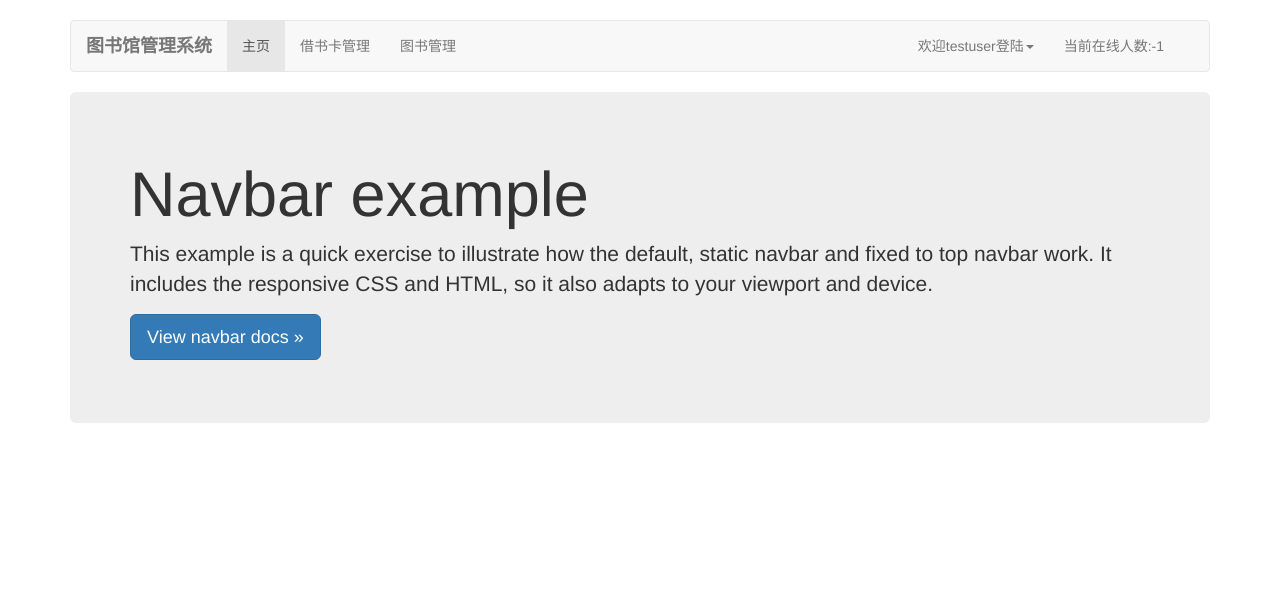
Repository: chaice/code
Page: http://localhost/web5/home
The author's editor kept a copy of each file at every save. The page is drawn from the files as they stood at one save, then again after the next save.
The browser window is 1280 px wide. The pictures show the whole page.
Some web libraries are served in a nearby version. The page is served by Tomcat 9. The session is filled in as if someone had signed in: {"username": "testuser"}.

Above is the page before, as saved 2016-06-04 01:00:15.

After the next save:
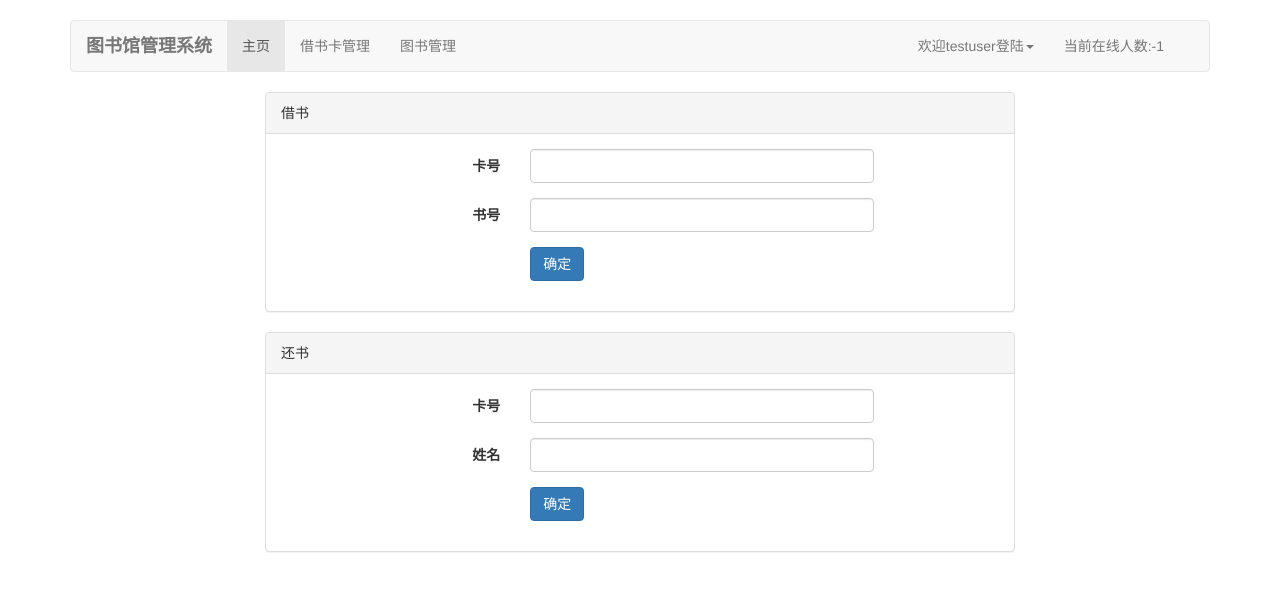
Saved 3 min 46 s later.
--- a/web5/WebContent/WEB-INF/views/home.jsp
+++ b/web5/WebContent/WEB-INF/views/home.jsp
@@ -6,13 +6,80 @@
 <meta charset="UTF-8">
 <title>主页</title>
 <%@ include file="head.jsp"%>
-        <div class="jumbotron">
-        <h1>Navbar example</h1>
-        <p>This example is a quick exercise to illustrate how the default, static navbar and fixed to top navbar work. It includes the responsive CSS and HTML, so it also adapts to your viewport and device.</p>
-        <p>
-          <a class="btn btn-lg btn-primary" href="../../components/#navbar" role="button">View navbar docs &raquo;</a>
-        </p>
-      </div>
+<div class="row">
+	<div class="col-md-8 col-md-offset-2">
+		<div class="panel panel-default">
+			<div class="panel-heading">
+				<span>借书</span>
+			</div>
+			<div class="panel-body">
+				<form class="form-horizontal" role="form" action="/card_alter?id=${requestScope.card.id}" method="post">
+					<div class="form-group">
+						<label class="col-md-4 control-label">卡号</label>
+						<div class="col-md-6">
+							<input type="text" class="form-control" name="code"
+								value="${requestScope.card.code}"> <span class="help-block"
+								style="display: none;"> </span>
+						</div>
+					</div>
+					<div class="form-group">
+						<label class="col-md-4 control-label">书号</label>
+						<div class="col-md-6">
+							<input type="text" class="form-control" name="name"
+								value="${requestScope.card.name}"> <span class="help-block"
+								style="display: none;"> </span>
+						</div>
+					</div>
+					<div class="form-group">
+						<div class="col-md-6 col-md-offset-4">
+							<button class="btn btn-primary">
+								<span> <i class="fa fa-btn fa-check-circle"></i>确定
+								</span>
+							</button>
+						</div>
+					</div>
+			</div>
+			</form>
+		</div>
+	</div>
+</div>
+<div class="row">
+	<div class="col-md-8 col-md-offset-2">
+		<div class="panel panel-default">
+			<div class="panel-heading">
+				<span>还书</span>
+			</div>
+			<div class="panel-body">
+				<form class="form-horizontal" role="form" action="/card_alter?id=${requestScope.card.id}" method="post">
+					<div class="form-group">
+						<label class="col-md-4 control-label">卡号</label>
+						<div class="col-md-6">
+							<input type="text" class="form-control" name="code"
+								value="${requestScope.card.code}"> <span class="help-block"
+								style="display: none;"> </span>
+						</div>
+					</div>
+					<div class="form-group">
+						<label class="col-md-4 control-label">姓名</label>
+						<div class="col-md-6">
+							<input type="text" class="form-control" name="name"
+								value="${requestScope.card.name}"> <span class="help-block"
+								style="display: none;"> </span>
+						</div>
+					</div>
+					<div class="form-group">
+						<div class="col-md-6 col-md-offset-4">
+							<button class="btn btn-primary">
+								<span> <i class="fa fa-btn fa-check-circle"></i>确定
+								</span>
+							</button>
+						</div>
+					</div>
+			</div>
+			</form>
+		</div>
+	</div>
+</div>
     </div>
     <script src="//cdn.bootcss.com/jquery/1.11.3/jquery.min.js"></script>
     <script src="//cdn.bootcss.com/bootstrap/3.3.5/js/bootstrap.min.js"></script>
